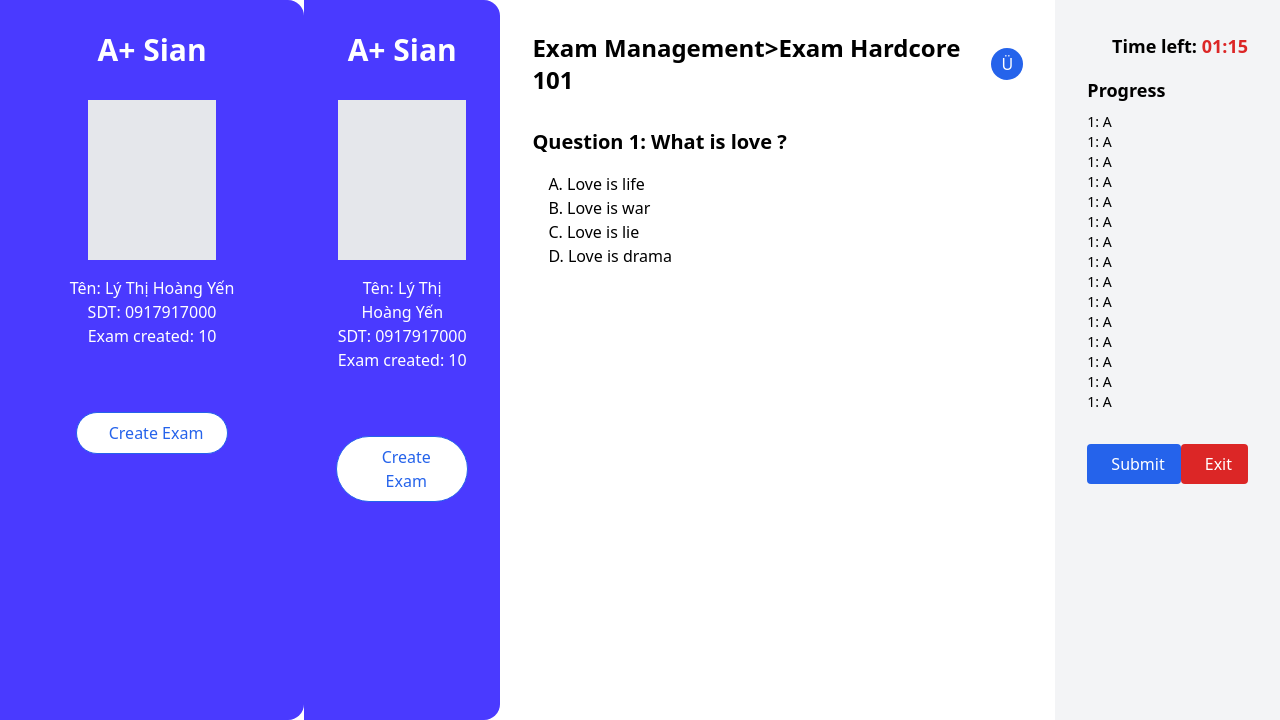
Repository: LyThiHoangYen/A_client
Page: / (app in online-exam-system-frontend/)
An editor plug-in stored every save of this project. The page is shown before and after a run of saves, followed by the edit.
The browser window is 1280 px wide. The pictures show the whole page.
The project was rebuilt for these pictures with package versions that can differ from the ones it lists, and the page was loaded fresh each time.

Above is the page before, as saved 2024-10-23 14:24:22.

After the next 2 saves:
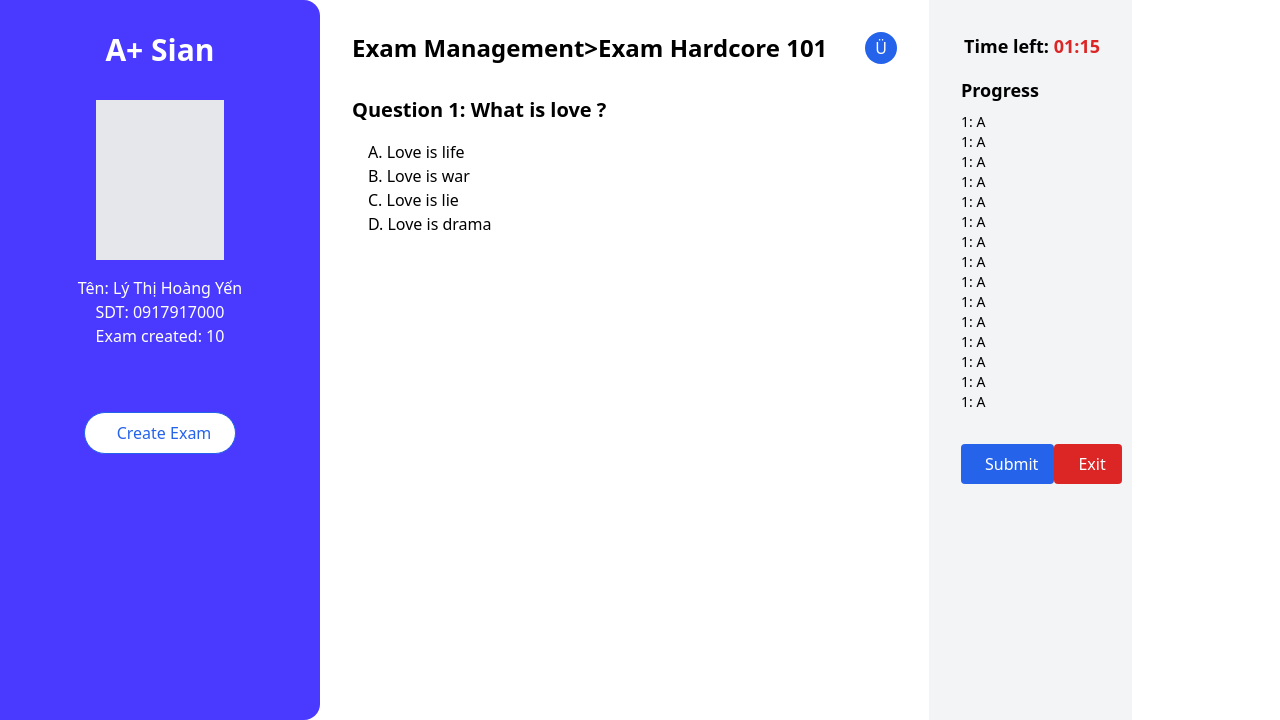
The 2 saves are shown as one change because they came seconds apart.
The last was saved 14 s later.
--- a/online-exam-system-frontend/src/pages/studentExamPage.js
+++ b/online-exam-system-frontend/src/pages/studentExamPage.js
@@ -1,11 +1,9 @@
 import SidebarRight from "../components/rightSideBarExam";
-import Sidebar from "../components/sidebar";
 import TakeTheExam from "../components/takeTheExam";
 
 function StudentExamPage () {
     return (
     <div className="flex h-screen">
-      <Sidebar />
       <TakeTheExam />
       <SidebarRight />
     </div>
